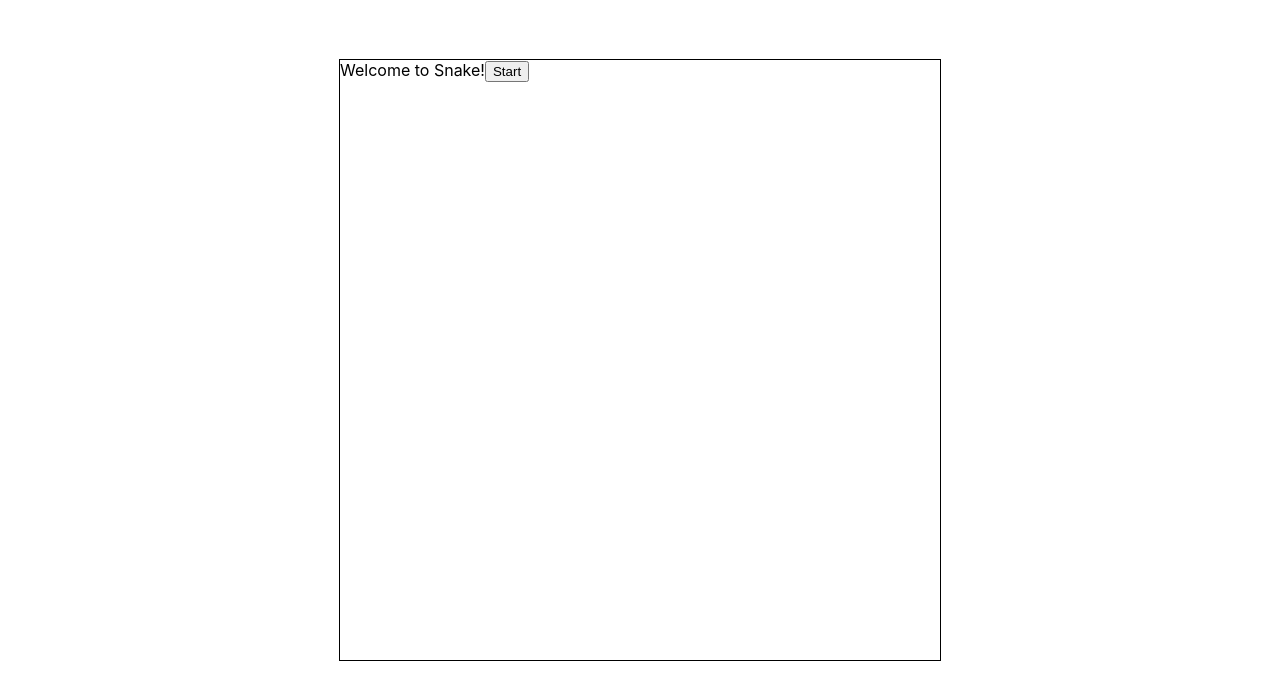
Repository: meills/react-snake
Page: /
These files come from the project's save history. The page is drawn as it stood at one moment and after the next save; the edit follows.
The browser window is 1280 px wide. The pictures show the whole page.
The project was rebuilt for these pictures with package versions that can differ from the ones it lists, and the page was loaded fresh each time. Also part of the build but not shown: src/components/Snakeboard.js, src/styles/App.css.

Above is the page before, as saved 2020-06-15 13:23:22.

After the next save:
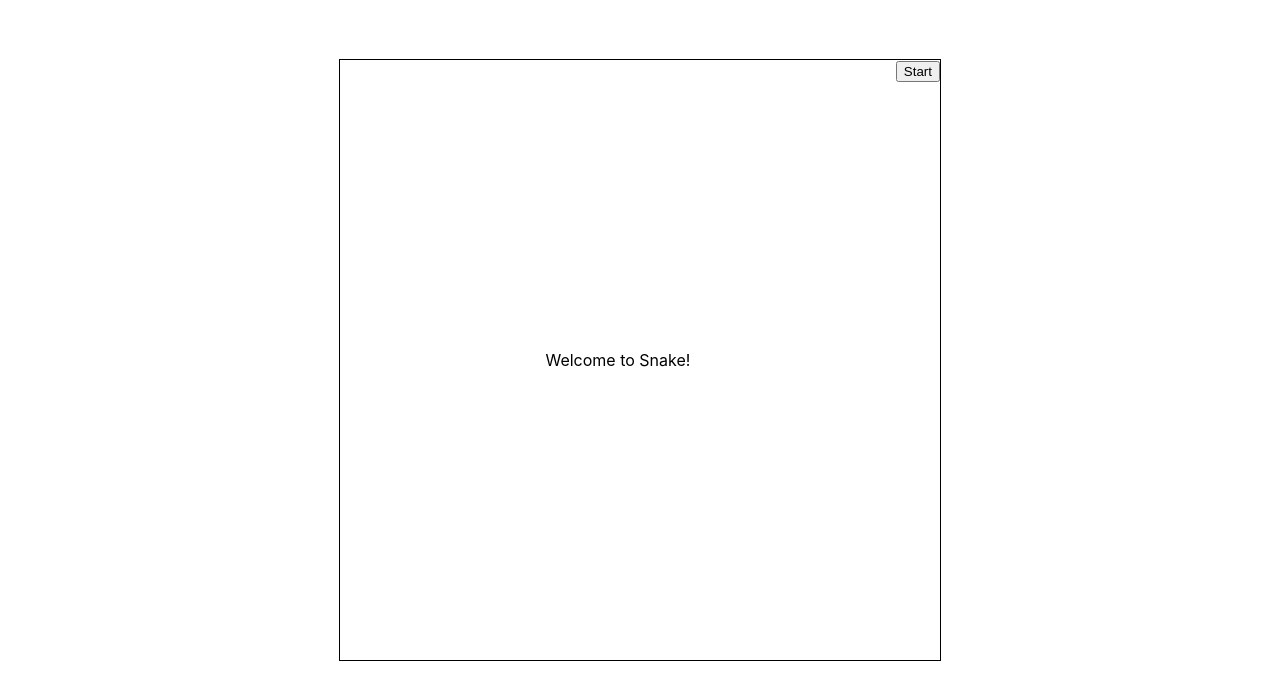
Saved 18 s later.
--- a/src/styles/snakeboard.css
+++ b/src/styles/snakeboard.css
@@ -7,6 +7,7 @@
 }
 
 .welcome-message {
+    margin: auto;
     display: flex;
 }
 
